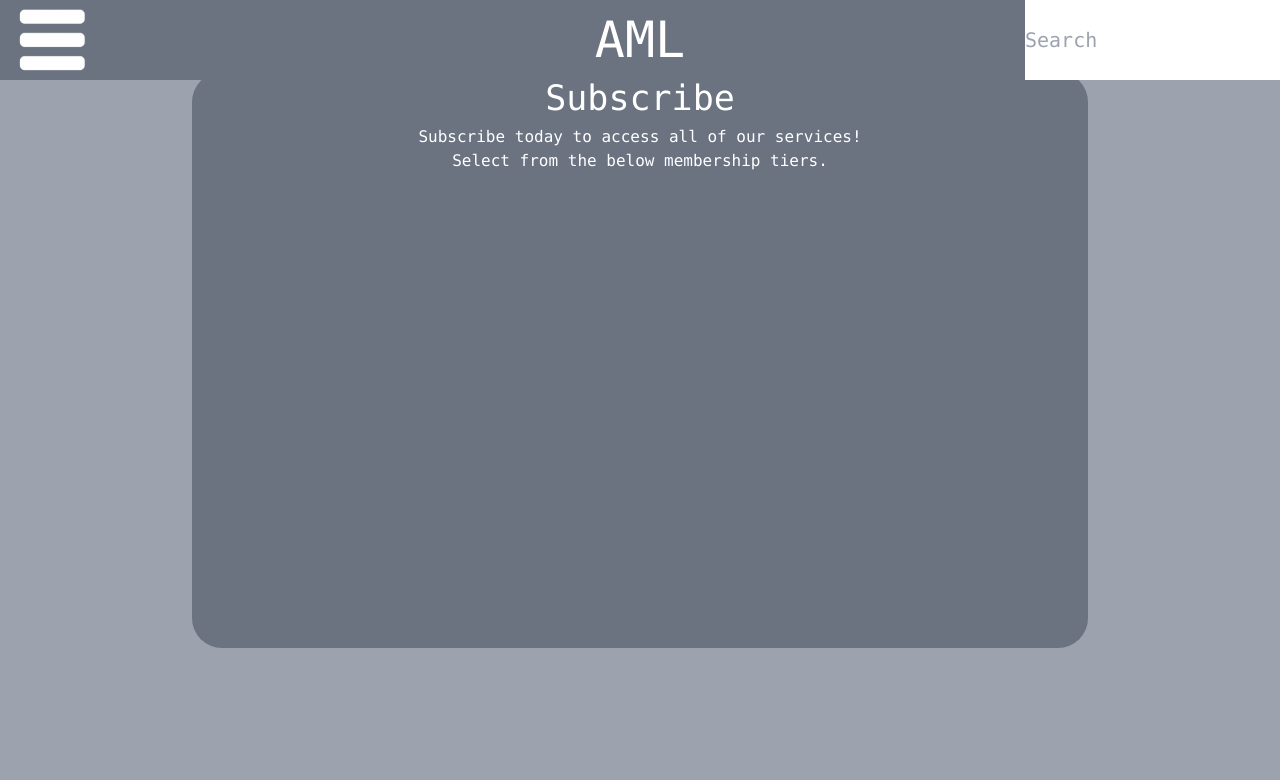
Repository: DuyKhanhDo/AML-Concept
Page: http://localhost/subscribe
These files come from the project's save history. The page is drawn as it stood at one moment and after a run of saves; the edit follows.
The browser window is 1280 px wide. The pictures show the whole page.
Some web libraries are served in a nearby version. The page is served by the project's Laravel application, run on PHP 8.4 with Laravel 12. A made-up administrator, Test User (test@example.com), is signed in. Other server files are loaded and not shown.

Above is the page before, as saved 2024-11-11 12:50:26.

### routes/web.php
<?php

use App\Http\Controllers\RegisterController;
use App\Http\Controllers\LogInController;
use App\Http\Controllers\ProfileController;
use App\Http\Controllers\SubscriptionController;
use Illuminate\Support\Facades\Route;
use Illuminate\Support\Facades\Auth;

Auth::routes();

Route::get('/', function () {
    return view('catalogue');
});

Route::get('/login', [LogInController::class, 'LogInView'])->name('login');
Route::post('/submit-login', [LogInController::class, 'Submit'])->name('submit.login');

Route::get('/register', [RegisterController::class, 'RegisterView'])->name('register');
Route::post('/submit-register', [RegisterController::class, 'Submit'])->name('submit.register');

Route::get('/subscribe', [SubscriptionController::class, 'SubscribeView'])->name('subscribe');

Route::post('/logout', function(){
    Auth::logout();
    return redirect()->back();
})->name('logout');

### app/Models/User.php
<?php

namespace App\Models;

use Illuminate\Auth\Middleware\Authenticate;
use Illuminate\Database\Eloquent\Model;
use Illuminate\Foundation\Auth\User as Authenticatable;
use Illuminate\Notifications\Notifiable;

class User extends Authenticatable
{
    use Notifiable;
    public $timestamps = false;

    protected $table = 'Users';

    protected $fillable = ['name', 'email', 'password', 'dob'];
};

### app/Http/Controllers/SubscriptionController.php
<?php

namespace App\Http\Controllers;

use Illuminate\Http\Request;

class SubscriptionController extends Controller
{
    public function __construct()
    {
        $this->middleware('auth');
    }

    public function SubscribeView()
    {
        return view('subscribe');
    }
}

### resources/views/subscribe.blade.php
<x-base>
    <x-slot:content>
        <main class="flex justify-center items-center h-screen">
            <div class="absolute top-[5vh] bg-gray-500 w-[70vw] h-[80vh] mt-[5vh] rounded-[30px] flex items-center flex-col">
                <h1 class="text-[35px]">Subscribe</h1>
                <h3>Subscribe today to access all of our services!</h3>
                <h5>Select from the below membership tiers.</h5>
            </div>
        </main>
    </x-slot>
</x-base>

### resources/views/components/base.blade.php
<!DOCTYPE html>
<html lang="en">
<head>
    <meta charset="UTF-8">
    <meta name="viewport" content="width=device-width, initial-scale=1.0">
    <title>AML</title>
    <script src="https://cdn.tailwindcss.com"></script>
</head>
<body class="bg-gray-400 font-mono">
    <x-navigation-bar></x-navigation-bar>
    <main class="mt-[5vh] text-white text-center">
        {{ $content }}
    </main>
</body>
</html>

### resources/views/components/navigation-bar.blade.php
<div class="fixed left-0 top-0 w-full h-[5rem] flex items-center justify-center bg-gray-500 m-0 p-0 box-border font-mono z-50">
    <button id="toggle-sidebar" class="absolute left-0 ml-[10px] h-full"><img class="h-full" draggable="false" src="{{ asset('assets/sidebar-img.png') }}" alt=""></button>
    <h1 class="text-[50px] text-white">AML</h1>
    <input type="text" class="absolute right-0 ml-[10px] h-full radius-[20px] text-[20px]" placeholder="Search">
</div>
<div id="sidebar" class="fixed left-0 top-[5rem] bg-gray-500 w-[20rem] h-[95vh] flex flex-col opacity-0 z-50 transition-opacity duraction-900">
    <ul class="text-center text-white w-full flex items-center">
        <x-side-bar-btn :csrf=false method="GET" route="/" name="Catalogue"></x-side-bar-btn>
    </ul>
    <ul class="absolute bottom-0 flex flex-col text-center text-white w-full flex items-center">
        @if (Auth::check())
            <x-side-bar-btn :csrf=true method="POST" route="{{ route('logout') }}" name="Sign out"></x-side-bar-btn>
        @else
            <x-side-bar-btn :csrf=false method="GET" route="{{ route('login') }}" name="Log in"></x-side-bar-btn>
            <x-side-bar-btn :csrf=false method="GET" route="{{ route('register') }}" name="Register"></x-side-bar-btn>
        @endif
    </ul>
</div>

<script>
    const button = document.getElementById('toggle-sidebar')
    const sidebar = document.getElementById('sidebar')

    button.addEventListener('click',function(){
        sidebar.classList.toggle('opacity-0');
        sidebar.classList.toggle('opacity-100');
    })
</script>

### resources/views/components/side-bar-btn.blade.php
<form class="w-full" method="{{ $method }}" action='{{ $route }}'>
    @if ($csrf == true)
        @csrf
    @endif

    <li class="mx-auto bg-gray-700 w-full h-[5rem] mb-[10px] flex items-center justify-center">
        <button type="submit" class="font-mono text-[30px] w-full">
            {{ $name }}
        </button>
    </li>
</form>

Loaded but not shown: app/Http/Controllers/Auth/ConfirmPasswordController.php (common file); app/Http/Controllers/Controller.php (common file)

After the next 2 saves:
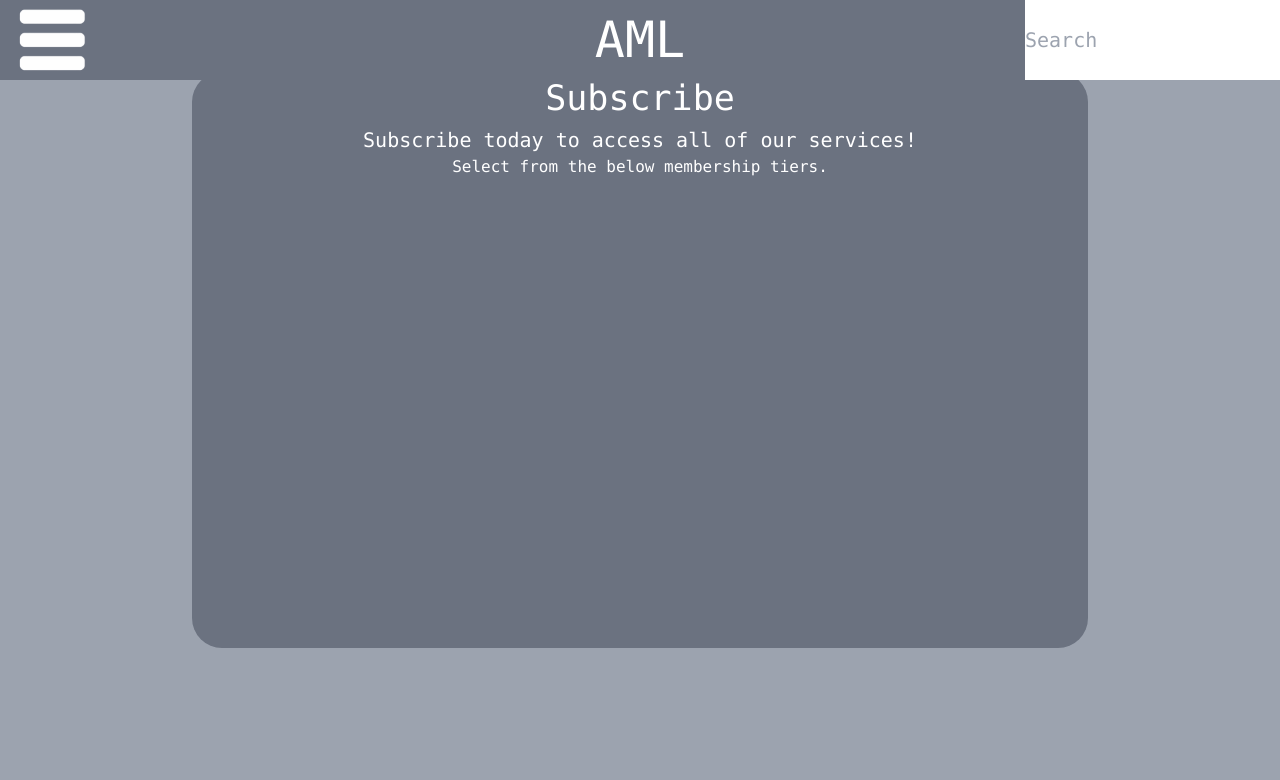
The 2 saves are shown as one change because they came seconds apart.
The last was saved 9 s later.
--- a/resources/views/subscribe.blade.php
+++ b/resources/views/subscribe.blade.php
@@ -3,7 +3,7 @@
         <main class="flex justify-center items-center h-screen">
             <div class="absolute top-[5vh] bg-gray-500 w-[70vw] h-[80vh] mt-[5vh] rounded-[30px] flex items-center flex-col">
                 <h1 class="text-[35px]">Subscribe</h1>
-                <h3>Subscribe today to access all of our services!</h3>
+                <h3 class="text-[20px]">Subscribe today to access all of our services!</h3>
                 <h5>Select from the below membership tiers.</h5>
             </div>
         </main>

After the 2 saves that followed:
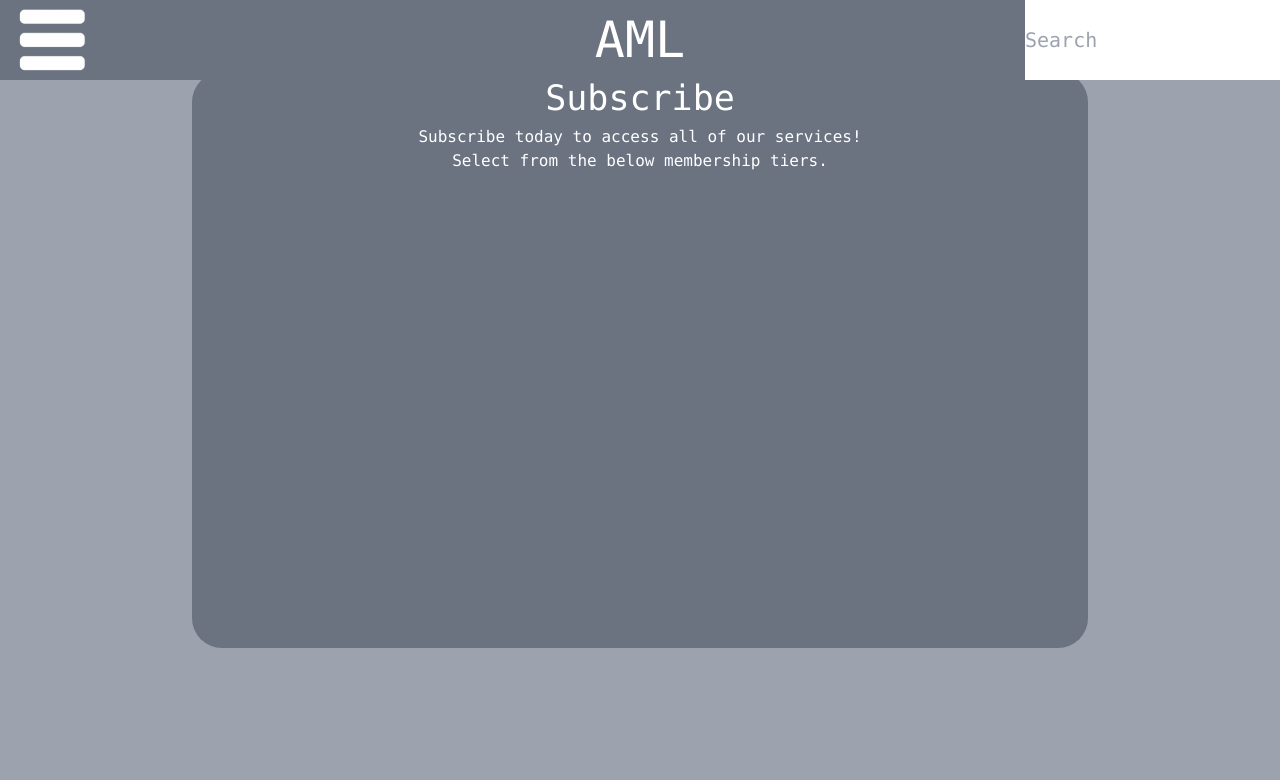
The 2 saves are shown as one change because they came seconds apart.
The last was saved 12 s later.
--- a/resources/views/subscribe.blade.php
+++ b/resources/views/subscribe.blade.php
@@ -3,7 +3,7 @@
         <main class="flex justify-center items-center h-screen">
             <div class="absolute top-[5vh] bg-gray-500 w-[70vw] h-[80vh] mt-[5vh] rounded-[30px] flex items-center flex-col">
                 <h1 class="text-[35px]">Subscribe</h1>
-                <h3 class="text-[20px]">Subscribe today to access all of our services!</h3>
+                <h3 class="text-[20px mt-[20px]]">Subscribe today to access all of our services!</h3>
                 <h5>Select from the below membership tiers.</h5>
             </div>
         </main>
